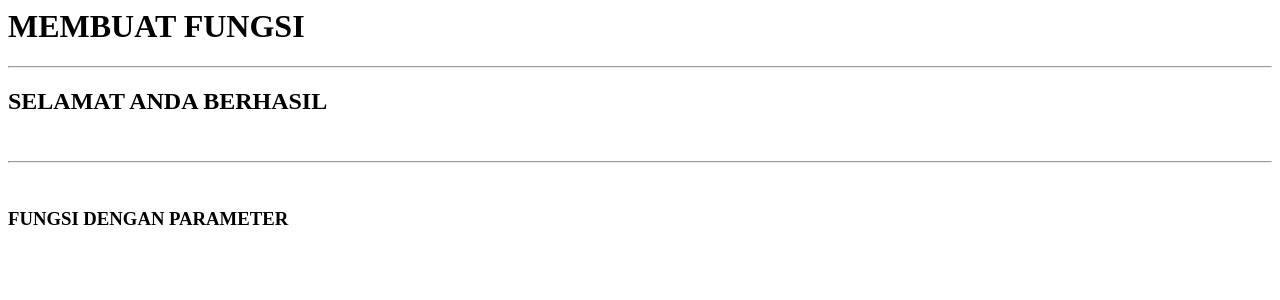
Repository: Bearli-py/latihan_PHP
Page: http://localhost/latihan_fungsi.php
The author's editor kept a copy of each file at every save. The page is drawn from the files as they stood at one save, then again after the next save.
The browser window is 1280 px wide. The pictures show the whole page.
The page is run by PHP 8.4 with error messages shown; the project is at /var/www/html/.

Above is the page before, as saved 2025-10-01 14:07:13.

After the next save:
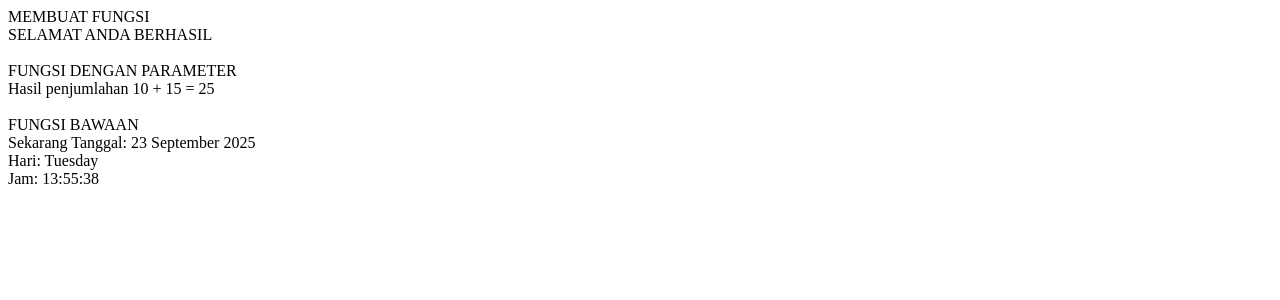
Saved 85 s later.
--- a/latihan_fungsi.php
+++ b/latihan_fungsi.php
@@ -1,27 +1,43 @@
 <?php
-    echo "<h1>MEMBUAT FUNGSI</h1>";
-    echo "<hr>";
+echo "MEMBUAT FUNGSI<br>";
 
-function berhasil()
-{
-    echo "<h2>SELAMAT ANDA BERHASIL</h2>";
+// fungsi tanpa parameter
+function berhasil() {
+    echo "SELAMAT ANDA BERHASIL<br>";
 }
 
-function gagal()
-{
-    echo "<h2 style='color: red;'>MAAF ANDA GAGAL</h2>";
+function gagal() {
+    echo "MAAF ANDA GAGAL<br>";
 }
 
-$nilai = 90;
-    if ($nilai>=75)
-    { berhasil(); }
-    else { gagal(); };
+// contoh pemanggilan fungsi
+$nilai1 = 90;
+if ($nilai1 >= 75) {
+    berhasil();
+} else {
+    gagal();
+}
 
-    echo "<br><hr><br>";
-    echo "<h3>FUNGSI DENGAN PARAMETER</h3>";
+echo "<br>";
 
-function jumlah($a,$b)
-{ return $a+$b; }
+// fungsi dengan parameter
+echo "FUNGSI DENGAN PARAMETER<br>";
 
-$nilai1=10;
+function jumlah($a, $b) { // fungsi dengan 2 parameter
+    return $a + $b; // nilai kembali (return value)
+}
+
+$nilai2 = 10;
+$nilai3 = 15;
+echo "Hasil penjumlahan $nilai2 + $nilai3 = " . jumlah($nilai2, $nilai3) . "<br>";
+
+echo "<br>";
+
+// fungsi bawaan PHP
+echo "FUNGSI BAWAAN<br>";
+
+$tanggal = getdate();
+echo "Sekarang Tanggal: " . $tanggal['mday'] . " " . $tanggal['month'] . " " . $tanggal['year'] . "<br>";
+echo "Hari: " . $tanggal['weekday'] . "<br>";
+echo "Jam: " . $tanggal['hours'] . ":" . $tanggal['minutes'] . ":" . $tanggal['seconds'] . "<br>";
 ?>
